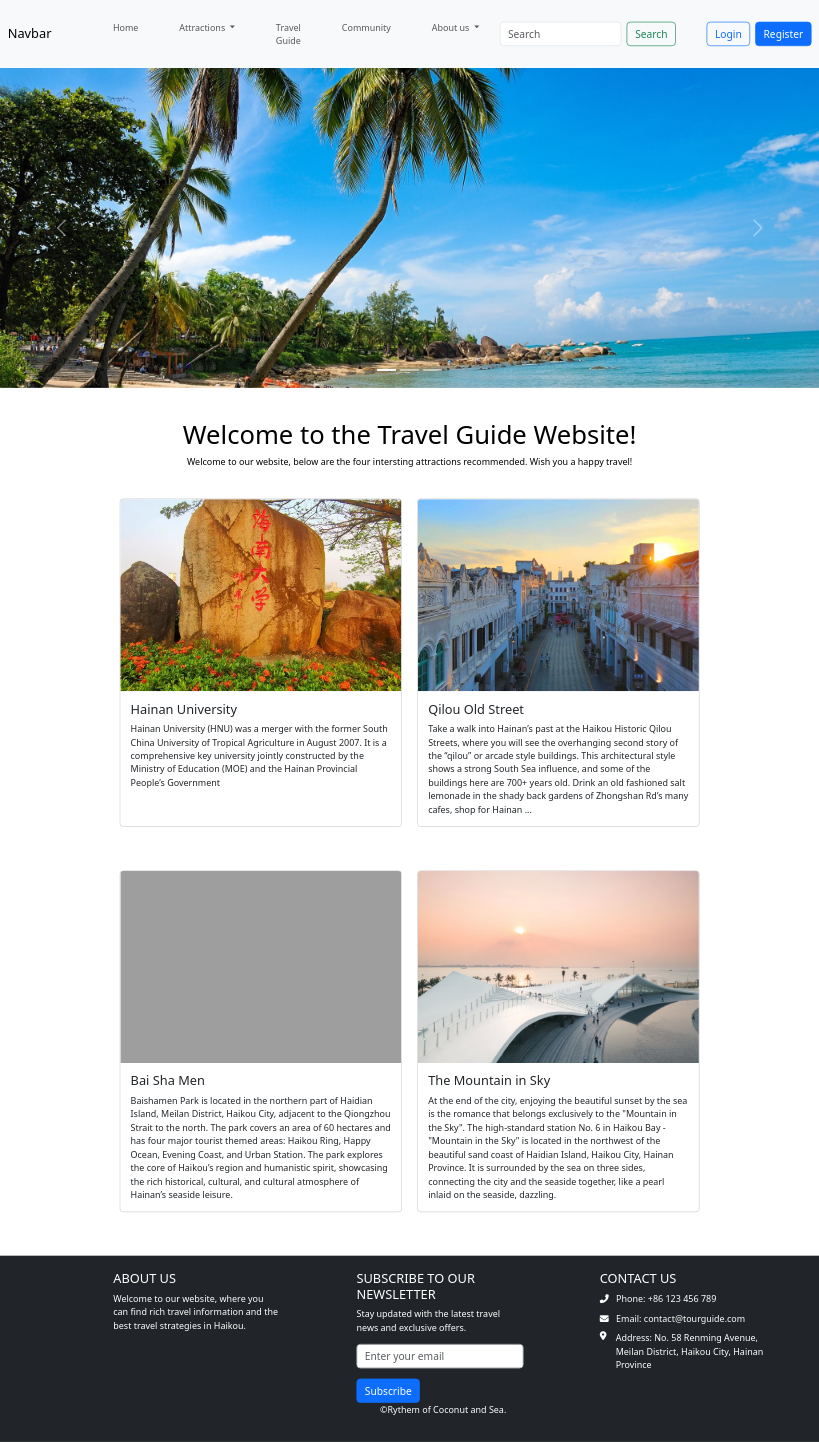
Repository: NIIT-RG6/web-project
Page: /
The author's editor kept a copy of each file at every save. The page is drawn from the files as they stood at one save, then again after the next save.
The browser window is 1280 px wide. The pictures show the whole page, at 64% of full size.
Pictures or frames that could not be fetched are drawn as grey boxes. The project was rebuilt for these pictures with package versions that can differ from the ones it lists, and the page was loaded fresh each time. Also part of the build but not shown: vue.config.js, src/views/College.vue, src/views/Foods.vue, src/views/Park.vue, src/views/Sky.vue, src/views/Street.vue, src/views/StrategyHome.vue, src/views/StrategyBlog.vue and 6 more. Imported but missing from the stored project, and not drawn on this page: src/assets/js/vuetify.js.

Above is the page before, as saved 2024-10-25 03:54:36.

After the next save:
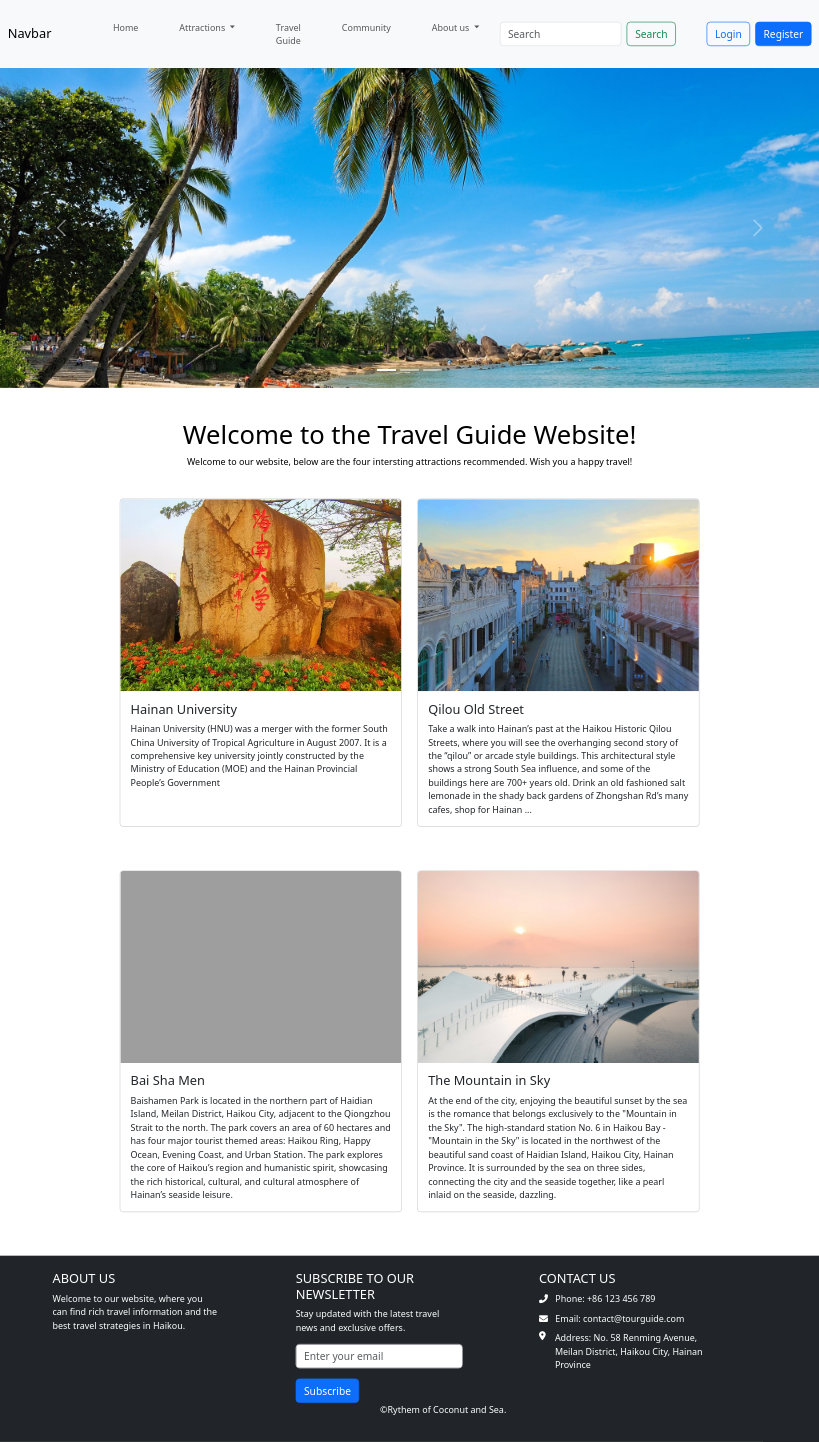
Saved 23 s later.
--- a/src/components/AppFooter.vue
+++ b/src/components/AppFooter.vue
@@ -3,7 +3,7 @@
         <div class="container">
             <div class="row">
                 <!-- ABOUT US -->
-                <div class="col-md-3 offset-md-1">
+                <div class="col-md-3">
                     <!-- <img :src="" alt=""> -->
                     <h5>ABOUT US</h5>
                     <p>Welcome to our website, where you can find rich travel information and the best travel strategies
